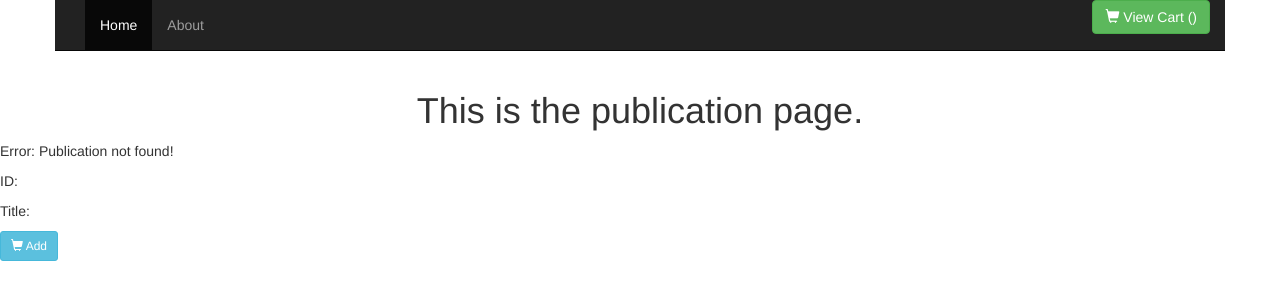
Repository: iancwwong/DigitalBibliographicalLibrary
Page: http://localhost/DigitalBibliographicLibrary/publicationpage.jsp
The author's editor kept a copy of each file at every save. The page is drawn from the files as they stood at one save, then again after the next save.
The browser window is 1280 px wide. The pictures show the whole page.
The page is served by Tomcat 9. The template is opened directly, without the code that normally fills it, so the values that code supplies are empty.

Above is the page before, as saved 2016-08-27 13:42:06.

After the next save:
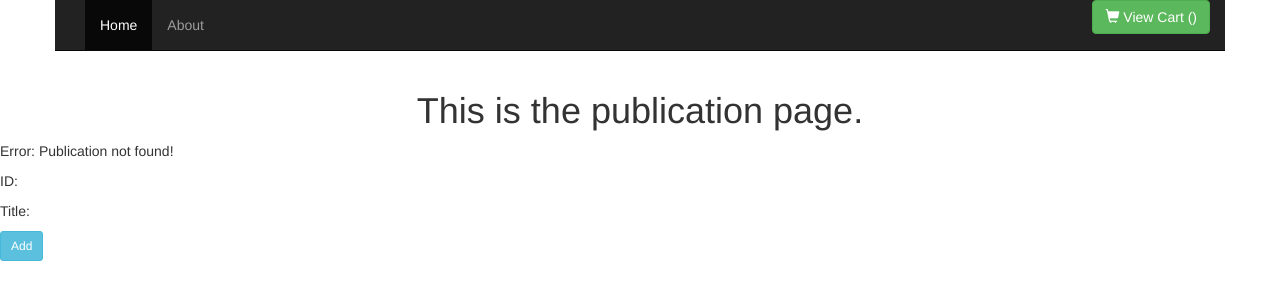
Saved 10 s later.
--- a/DigitalBibliographicLibrary/WebContent/publicationpage.jsp
+++ b/DigitalBibliographicLibrary/WebContent/publicationpage.jsp
@@ -54,7 +54,6 @@
 		<input type='hidden' name="pubID" value="${publicationPageBean.publication.id}"/>
 		<input type='hidden' name="pubType" value="${publicationPageBean.publication.type}"/>
 		<button type="submit" class="btn btn-info btn-sm">
-			<span class="glyphicon glyphicon-shopping-cart"></span>
 			Add ${publicationPageBean.publication.price}
 		</button>
 	</form>
